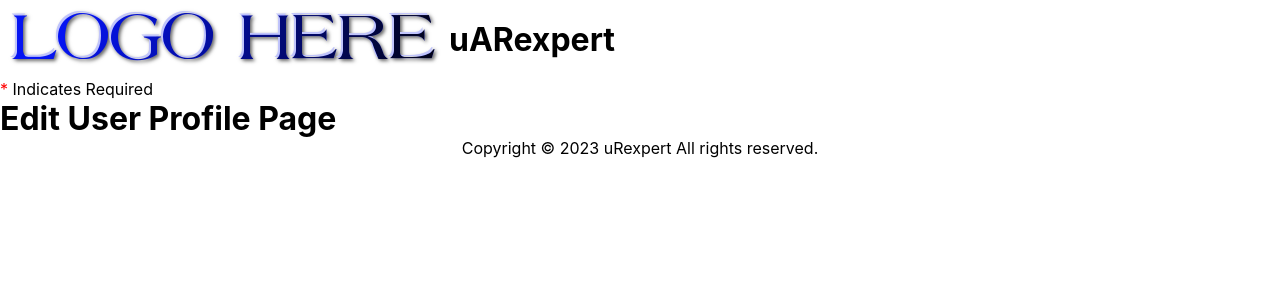
Repository: onionNguyen/Senior-Design-Project
Page: /profile/edit (app in frontend/)
These files come from the project's save history. The page is drawn as it stood at one moment and after the next save; the edit follows.
The browser window is 1280 px wide. The pictures show the whole page.
The page's requests for data from a server got no answer. The project was rebuilt for these pictures with package versions that can differ from the ones it lists, and the page was loaded fresh each time. No one was signed in, and anything a server would have sent is missing. Also part of the build but not shown: frontend/src/components/form/Input.js, frontend/src/components/pages/edit-user-profile/EditProfile.module.css, frontend/src/components/form/MessageRibbon.js, frontend/src/components/pages/login/Login.module.css, frontend/src/components/pages/login/Login.js, frontend/src/components/sidenav/SideNav.module.css, frontend/src/components/sidenav/SideNav.js, frontend/src/components/pages/home/Home.module.css and 7 more.

Above is the page before, as saved 2023-10-27 00:09:07.

### frontend/src/index.css
* {
  box-sizing: border-box;
  margin: 0;
  padding: 0;
}

body {
  font-family: -apple-system, BlinkMacSystemFont, "Segoe UI", "Roboto", "Oxygen",
    "Ubuntu", "Cantarell", "Fira Sans", "Droid Sans", "Helvetica Neue",
    sans-serif;
  -webkit-font-smoothing: antialiased;
  -moz-osx-font-smoothing: grayscale;
}

code {
  font-family: source-code-pro, Menlo, Monaco, Consolas, "Courier New",
    monospace;
}

### frontend/src/App.js
import { BrowserRouter as Router, Routes, Route } from "react-router-dom";
import EditProfile from "./components/pages/edit-user-profile/EditProfile";
import Login from "./components/pages/login/Login";
import Home from "./components/pages/home/Home";
import Register from "./components/pages/registration/Register";
import { AuthContext } from "./helpers/AuthContext";
import { useState, useEffect } from "react";
import axios from "axios";
import NotFound from "./components/pages/error/NotFound";
import Calendar from "./components/pages/calendar/Calendar";
import RemoteViewing from "./components/pages/remote-viewing/RemoteViewing";

function App() {
  const [authState, setAuthState] = useState({
    id: 0,
    name: "",
    email: "",
    status: false,
  });

  useEffect(() => {
    axios
      .get("http://localhost:5000/auth", {
        headers: {
          accessToken: localStorage.getItem("accessToken"),
        },
      })
      .then((response) => {
        console.log(response.data);
        if (response.data.error) {
          setAuthState({
            ...authState,
            status: false,
          });
        } else {
          setAuthState({
            id: response.data.id,
            name: response.data.name,
            email: response.data.email,
            status: true,
          });
        }
      });
  }, [authState]);

  return (
    <AuthContext.Provider value={{ authState, setAuthState }}>
      <Router>
        <Routes>
          <Route path="/" exact element={<Home />} />
          <Route path="/register" exact element={<Register />} />
          <Route path="/login" exact element={<Login />} />
          <Route path="/profile/edit" exact element={<EditProfile />} />
          <Route path="/calendar" exact element={<Calendar />} />
          <Route path="/remote-viewing" exact element={<RemoteViewing />} />
          <Route path="*" exact element={<NotFound />} />
        </Routes>
      </Router>
    </AuthContext.Provider>
  );
}

export default App;

### frontend/src/components/pages/edit-user-profile/EditProfile.js
import React, { useState } from "react";
import Footer from "../../footer/Footer";
import Header from "../../header/Header";
import Input from "../../form/Input";
import styles from "./EditProfile.module.css";
import IndicatesRequired from "../../form/IndicatesRequired";
import MessageRibbon from "../../form/MessageRibbon";

const EditProfile = () => {
  return (
    <div>
      <Header />
      <IndicatesRequired />
      <h1>Edit User Profile Page</h1>
      <Footer />
    </div>
  );
};

export default EditProfile;

### frontend/src/components/footer/Footer.js
import React from "react";
import styles from "./Footer.module.css";

const Footer = () => {
  return (
    <div className={styles["footer"]}>
      <p>Copyright &copy; 2023 uRexpert All rights reserved.</p>
    </div>
  );
};

export default Footer;

### frontend/src/components/header/Header.js
import React from "react";
import styles from "./Header.module.css";
import mainLogo from "../../assets/logo.png";
import { useContext } from "react";
import { AuthContext } from "../../helpers/AuthContext";
import { useNavigate } from "react-router-dom";

const Header = () => {
  const { authState, setAuthState } = useContext(AuthContext);
  const navigate = useNavigate();

  const logout = () => {
    localStorage.removeItem("accessToken");
    setAuthState({
      id: 0,
      name: "",
      email: "",
      status: false,
    });
    navigate("/login");
  };

  return (
    <div className={styles["header"]}>
      <div className={styles["left-aligned"]}>
        <div id="logo">
          <img src={mainLogo} alt="Logo" />
        </div>
        <h1>uARexpert</h1>
      </div>
      {authState.status && <h2>{authState.name}</h2>}
      {authState.status && <button onClick={logout}>Logout</button>}
    </div>
  );
};

export default Header;

### frontend/src/components/form/IndicatesRequired.js
import React from "react";
import styles from "./Form.module.css";

const IndicatesRequired = () => {
  return (
    <div>
      <span className={styles["required"]}>* </span>
      <span>Indicates Required</span>
    </div>
  );
};

export default IndicatesRequired;

### frontend/src/components/header/Header.module.css
.header {
  display: flex;
  justify-content: space-between;
  align-items: center;
}

.left-aligned {
  display: flex;
  align-items: center;
}

#logo img {
  margin-right: 15px; /* Adjust as needed */
}

### frontend/src/components/form/Form.module.css
.display-block {
  display: block;
}

.required {
  color: red;
}

Loaded but not shown: frontend/public/index.html (common file); frontend/src/index.js (common file); frontend/src/reportWebVitals.js (common file); frontend/src/helpers/AuthContext.js (common file); frontend/src/components/footer/Footer.module.css (common file)

After the next save:
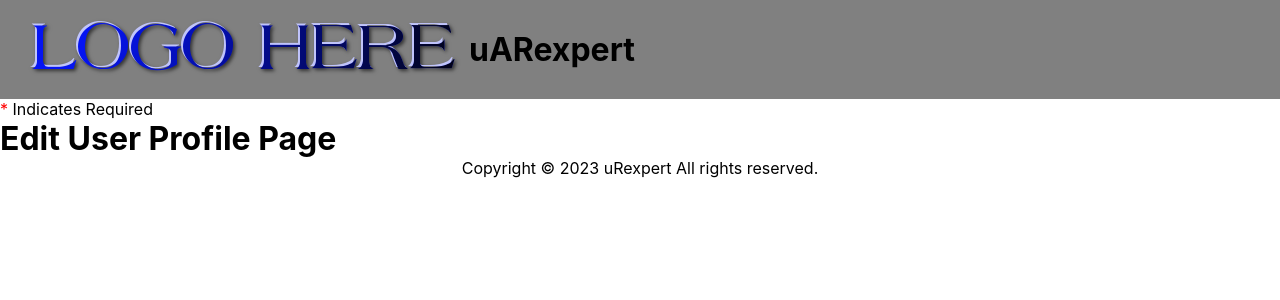
Saved 50 s later.
--- a/frontend/src/components/header/Header.module.css
+++ b/frontend/src/components/header/Header.module.css
@@ -2,6 +2,8 @@
   display: flex;
   justify-content: space-between;
   align-items: center;
+  background-color: grey; /* Assuming the grey color; you can replace with your specific shade of grey. */
+  padding: 10px 20px; /* You can adjust padding as needed. */
 }
 
 .left-aligned {
